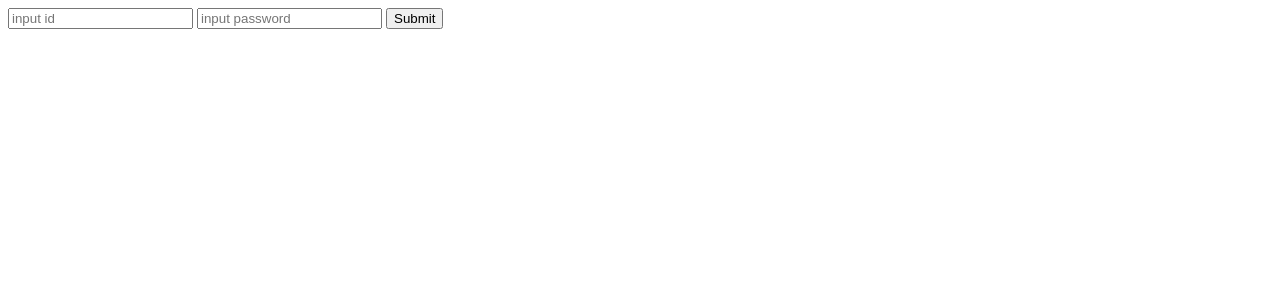
Repository: ryu1917/jsp
Page: http://localhost/jsp03/loginForm.jsp
The author's editor kept a copy of each file at every save. The page is drawn from the files as they stood at one save, then again after the next save.
The browser window is 1280 px wide. The pictures show the whole page.
The page is served by Tomcat 9.

Above is the page before, as saved 2021-04-22 06:49:34.

### workspace/jsp03/src/main/webapp/loginForm.jsp
<%@ page language="java" contentType="text/html; charset=UTF-8"
    pageEncoding="UTF-8"%>
<!DOCTYPE html>
<html>
<head>
<meta charset="UTF-8">
<title>Insert title here</title>
</head>
<body>
<form action="chkLogin.jsp"method="post">
	<input type="text"name="id" placeholder="input id">
	<input type="text"name="pwd" placeholder="input password">
	<input type="submit"name="login">
</form>
</body>
</html>

After the next save:
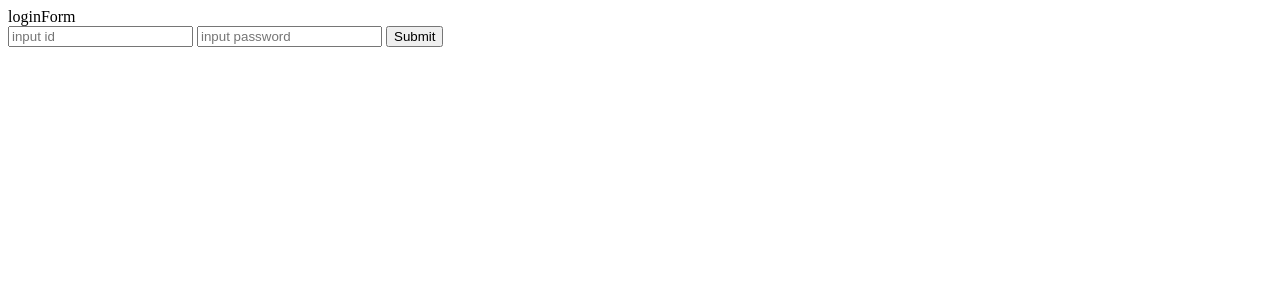
Saved 12 s later.
--- a/workspace/jsp03/src/main/webapp/loginForm.jsp
+++ b/workspace/jsp03/src/main/webapp/loginForm.jsp
@@ -6,7 +6,7 @@
 <meta charset="UTF-8">
 <title>Insert title here</title>
 </head>
-<body>
+<body>loginForm<br>
 <form action="chkLogin.jsp"method="post">
 	<input type="text"name="id" placeholder="input id">
 	<input type="text"name="pwd" placeholder="input password">
